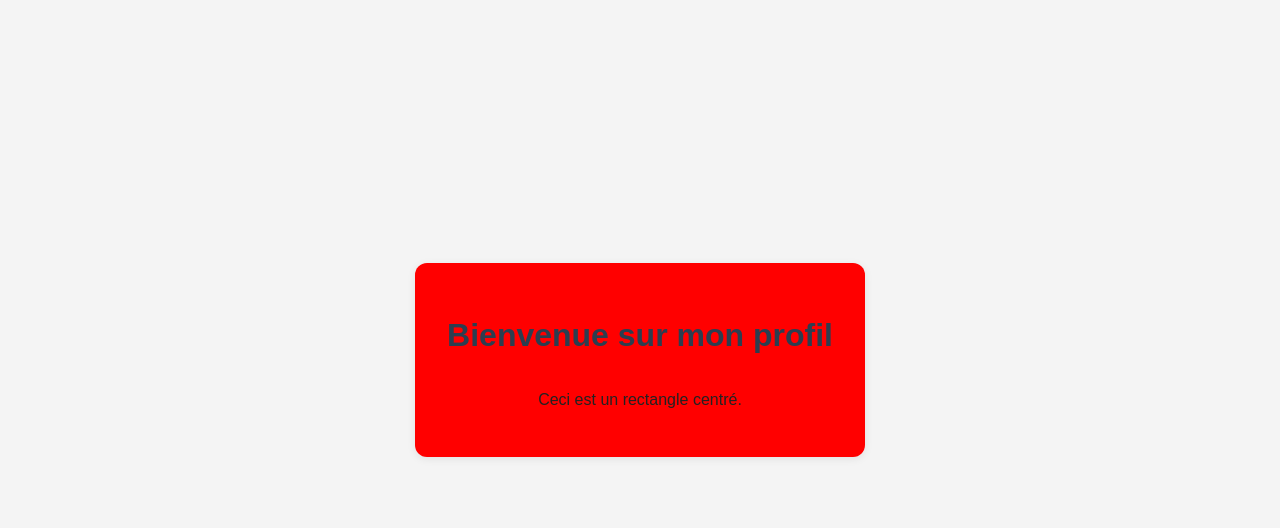
Repository: quadrinex/profile
Page: index.html
These files come from the project's save history. The page is drawn as it stood at one moment and after the next save; the edit follows.
The browser window is 1280 px wide. The pictures show the whole page.

Above is the page before, as saved 2025-06-30 16:17:13.

After the next save:
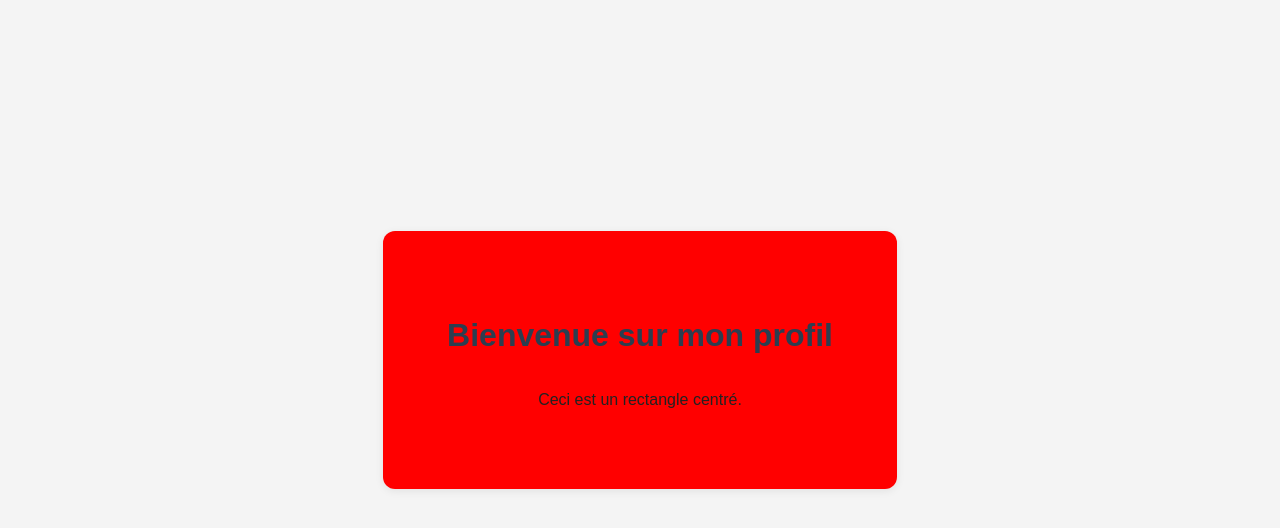
Saved 14 s later.
--- a/main.css
+++ b/main.css
@@ -33,6 +33,6 @@
     inset: 0px;
     margin: auto;
     flex-direction: column;
-    padding: 32px;
+    padding: 5%;
 
 }
